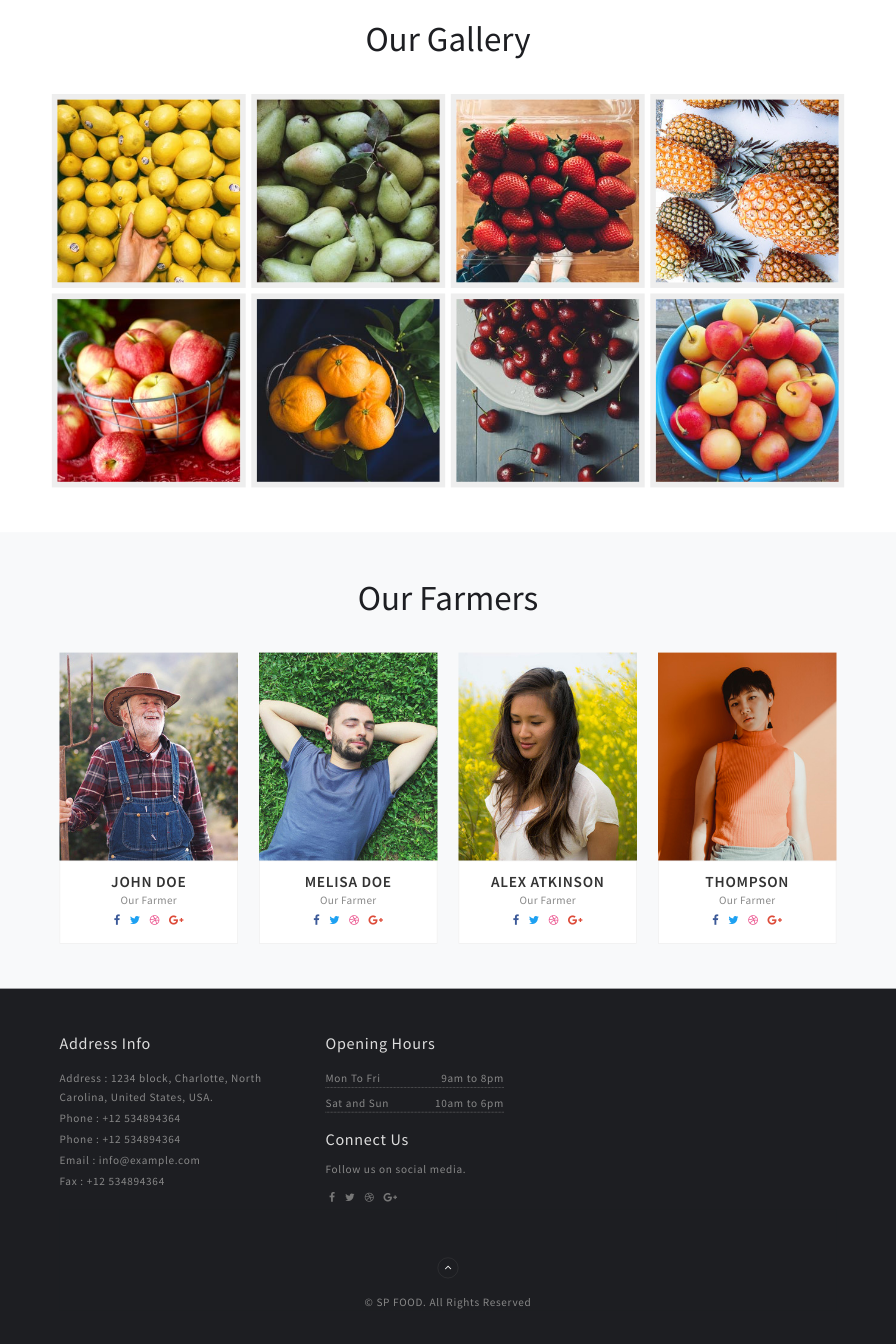
Repository: httpamit/SP-Food
Page: index.html
These files come from the project's save history. The page is drawn as it stood at one moment and after the next save; the edit follows.
The browser window is 1280 px wide. The pictures show the part of the page from y = 2846 to 4766 px (the page is 4766 px tall before and 4750 px after), at 70% of full size.
Backgrounds fixed to the window are drawn as part of the page.

Above is the page before, as saved 2019-02-07 23:19:49.

### index.html
<!DOCTYPE html>
<html lang="en">
<head>
<title>Fruit Farm Agriculture Category Flat Bootstrap Responsive Website Template | Home : W3layouts</title>

	<!-- Meta tag Keywords -->
	<meta name="viewport" content="width=device-width, initial-scale=1">
	<meta charset="utf-8">
	<meta name="keywords" content="Agriculture Responsive web template, Bootstrap Web Templates, Flat Web Templates, Android Compatible web template,
	Smartphone Compatible web template, free webdesigns for Nokia, Samsung, LG, SonyEricsson, Motorola web design" />
	<script type="application/x-javascript">
		addEventListener("load", function () {
			setTimeout(hideURLbar, 0);
		}, false);

		function hideURLbar() {
			window.scrollTo(0, 1);
		}
	</script>
	<!--// Meta tag Keywords -->

	<!-- css files -->
	<link rel="stylesheet" href="css/bootstrap.css"> <!-- Bootstrap-Core-CSS -->
	<link rel="stylesheet" href="css/style.css" type="text/css" media="all" /> <!-- Style-CSS -->
	<link rel="stylesheet" href="css/font-awesome.min.css"> <!-- Font-Awesome-Icons-CSS -->
	<!-- //css files -->

	<!--web font-->
	<link href="//fonts.googleapis.com/css?family=Source+Sans+Pro:200,200i,300,300i,400,400i,600,600i,700,700i,900,900i&amp;subset=cyrillic,cyrillic-ext,greek,greek-ext,latin-ext,vietnamese" rel="stylesheet">
	<!--//web font-->

</head>

<body>

<!-- header -->
<header>
	<div class="container" id="home">
		<nav class="">
			<div id="logo">
				<h1> <a href="index.html" class="editContent" data-selector=".editContent"><span class="fa fa-home"></span> SP FOOD</a></h1>
			</div>
			<div class="mx-auto">
				<ul class="menu mt-lg-4">
					<li class=" mr-lg-2 mr-1 active"><a href="#">Home</a></li>
					<li class=" mr-lg-2 mr-1"><a href="#about">About</a></li>
					<li class=" mr-lg-2 mr-1"><a href="#services">Services</a></li>
					<li class="dropdown-menu-padding">
					<!-- First Tier Drop Down -->
					<a href="#agricultural">Agricultural</a>
					</li>
					<li><a href="#gallery">Gallery</a></li>
					<li><a href="#contact">Contact</a></li>
					<li class="buttons ml-lg-3">
						<p><span class="fa mr-1 fa-phone"></span> +12 445 8976 2334</p>
					</li>
				</ul>
			</div>
		</nav>
	</div>
</header>
<!-- //header -->

<div class="csslider infinity" id="slider1">
  <input type="radio" name="slides" checked="checked" id="slides_1"/>
  <input type="radio" name="slides" id="slides_2"/>
  <input type="radio" name="slides" id="slides_3"/>
  <input type="radio" name="slides" id="slides_4"/>
  <ul>
    <li>
		<div id="bg">
			<div class="container">
				<div class="banner-text">
				  <h6> Fresh Agriculture Products</h6>
				  <h3> We Serve Fresh and Juicy Fruits From Our Farm</h3>
				</div>
			</div>
		</div>
    </li>
    <li>
        <div id="bg1">
			<div class="container">
				<div class="banner-text">
				  <h6> Fresh Agriculture Products</h6>
				  <h3> We Serve Fresh and Juicy Fruits From Our Farm</h3>
				</div>
			</div>
        </div>
    </li>
    <li>
		<div id="bg2">
			<div class="container">
				<div class="banner-text">
				  <h6> Fresh Agriculture Products</h6>
				  <h3> We Serve Fresh and Juicy Fruits From Our Farm</h3>
				</div>
			</div>
        </div>
    </li>
    <li>
		<div id="bg3">
			<div class="container">
				<div class="banner-text">
				  <h6> Fresh Agriculture Products</h6>
				  <h3> We Serve Fresh and Juicy Fruits From Our Farm</h3>
				</div>
			</div>
		</div>
    </li>

  </ul>
  <div class="arrows">
    <label for="slides_1"></label>
    <label for="slides_2"></label>
    <label for="slides_3"></label>
    <label for="slides_4"></label>
  </div>
  <div class="navigation">
    <div>
      <label for="slides_1"></label>
      <label for="slides_2"></label>
      <label for="slides_3"></label>
      <label for="slides_4"></label>
    </div>
  </div>
</div>

<!-- //banner -->

<!-- about -->
<section class="about py-5" id="about">
	<div class="container py-md-3">
		<h3 class="heading text-center mb-md-5 mb-4">Few Words About our farm</h3>
		<div class="row about-grids agile-info">
			<div class="col-lg-6 mb-lg-0   mb-5">
				<h4 class="mb-4">Welcome to our Organic Fruit - we serve all types of seasonal fruits</h3>
				<p class="mb-4">Cras blandit nibh ut pretium elementum. Duis bibendum convallis nun cael dictum. Quisquen ac ipsum porta, ultrices metus sit amet, curs in nisl. Dui aliquet varius sem sit amet convallis nun ca dictum. Cras blandit nibh ut pretium elementum. Duis bibendum convallis nun ca dictum aliquet.</p>
				<p class="text-capitalize"> <span class="fa fa-check"></span> Duis bibendum convallis blandit dictum.</p>
				<p class=" text-capitalize"> <span class="fa fa-check"></span> Cras blandit nibh blandit pretium dolor ipsum.</p>
				<p class="text-capitalize mb-3"> <span class="fa fa-check"></span> Bibendum convallis nun ca dictum elementum ipsum elit.</p>
				<a href="#popup1">Read More </a>
			</div>
			<div class="col-lg-6 col-md-8   pr-md-0">
				<img src="images/about.jpg" class="img-fluid" />
			</div>
		</div>
	</div>
</section>
<!-- //about -->

<!-- how we work -->
<section class="work">
	<div class="work-layer py-5">
	<div class="container py-md-3">
		<h3 class="heading text-center mb-lg-5 text-white mb-4">How We Work</h3>
		<div class="row text-center join agile-info">
			<div class="col-lg-4 col-md-6 steps-reach  ">
				<span class="fa fa-cogs"></span>
				<h4>Step 1</h4>
				<p>Pretium elementum. Duis bibendum convallis nun ca dictum convallis nun ca dictum. Cras blandit nibh ut aliquet varius sem sit amet convallis.</p>
			</div>
			<div class="col-lg-4 col-md-6 mt-md-0 mt-5 steps-reach  ">
				<span class="fa fa-cubes"></span>
				<h4>Step 2</h4>
				<p>Pretium elementum. Duis bibendum convallis nun ca dictum convallis nun ca dictum. Cras blandit nibh ut aliquet varius sem sit amet convallis.</p>
			</div>
			<div class="col-lg-4 col-md-6 mt-lg-0 mt-5 steps-reach  ">
				<span class="fa fa-cart-arrow-down" aria-hidden="true"></span>
				<h4>Step 3</h4>
				<p>Pretium elementum. Duis bibendum convallis nun ca dictum convallis nun ca dictum. Cras blandit nibh ut aliquet varius sem sit amet convallis.</p>
			</div>
		</div>
	</div>
	</div>
</section>
<!-- //how we work -->

<!-- services -->
<section class="services py-5" id="services">
	<div class="container py-md-5">
		<h3 class="heading text-center mb-lg-5 mb-4">Our Services</h3>
		<div class="row text-center join agile-info">
			<div class="col-lg-4 col-md-6 steps-reach service-box">
				<span class="fa fa-cogs"></span>
				<h4>Step 1</h4>
				<p>Pretium elementum. Duis bibendum convallis nun ca dictum convallis nun ca dictum. Cras blandit nibh ut aliquet varius sem sit amet convallis.</p>
			</div>
			<div class="col-lg-4 col-md-6 mt-md-0 mt-5 steps-reach service-box ">
				<span class="fa fa-cubes"></span>
				<h4>Step 2</h4>
				<p>Pretium elementum. Duis bibendum convallis nun ca dictum convallis nun ca dictum. Cras blandit nibh ut aliquet varius sem sit amet convallis.</p>
			</div>
			<div class="col-lg-4 col-md-6 mt-lg-0 mt-5 steps-reach service-box right-border ">
				<span class="fa fa-cart-arrow-down" aria-hidden="true"></span>
				<h4>Step 3</h4>
				<p>Pretium elementum. Duis bibendum convallis nun ca dictum convallis nun ca dictum. Cras blandit nibh ut aliquet varius sem sit amet convallis.</p>
			</div>
		</div>
	</div>
	</div>
</section>
<!-- //how we work -->

<!-- facts -->
<section class="service-bottom bg py-5" id="agricultural">
	<div class="container">
		<!-- Counter -->
		<div class="py-lg-5 py-3">
			<h3 class="heading text-center text-white mb-lg-5 mb-4">Agricultural Facts</h3>
			<div class="row ">
				<div class="col-md-3 text-center col-6 agileits_w3layouts_about_counter_left  ">
					<div class="counterinfo agile-info">
						<p class="counter">146</p>
						<h3>Business Growth</h3>
					</div>
				</div>
				<div class="col-md-3 text-center col-6 agileits_w3layouts_about_counter_left  ">
					<div class="counterinfo agile-info">
						<p class="counter">1500</p>
						<h3>Fruits Supplied</h3>
					</div>
				</div>
				<div class="col-md-3 text-center col-6 agileits_w3layouts_about_counter_left   mt-md-0 mt-4">
					<div class="counterinfo agile-info">
						<p class="counter">15+</p>
						<h3>Years Experience</h3>
					</div>
				</div>
				<div class="col-md-3 text-center col-6 agileits_w3layouts_about_counter_left   mt-md-0 mt-4">
					<div class="counterinfo agile-info">
						<p class="counter">150+</p>
						<h3>Agriculture Farmers</h3>
					</div>
				</div>
			</div>
		</div>
		<!-- //Counter -->
	</div>
</section>
<!-- //facts -->

<!-- gallery -->
<section class="gallery py-5" id="gallery">
	<div class="container py-3">
		<h3 class="heading text-center mb-lg-5 mb-4">Our Gallery</h3>
		<div class="row gallery_grid-more project-grids w3ls">
			<div class="col-lg-3 col-md-4 col-6 px-1 w3layoutsits_w3layouts_gallery_grid1">
				<div class="gallery-border">
					<a href="#popup2">
						<img src="images/g1.jpg" alt=" " class="img-fluid" />
					</a>
				</div>
			</div>
			<div class="col-lg-3 col-md-4 col-6 px-1 w3layoutsits_w3layouts_gallery_grid1">
				<div class="gallery-border">
					<a href="#popup3">
						<img src="images/g2.jpg" alt=" " class="img-fluid" />
					</a>
				</div>
			</div>
			<div class="col-lg-3 col-md-4 col-6 px-1 w3layoutsits_w3layouts_gallery_grid1 mt-md-0 mt-2">
				<div class="gallery-border">
					<a href="#popup4">
						<img src="images/g3.jpg" alt=" " class="img-fluid" />
					</a>
				</div>
			</div>
			<div class="col-lg-3 col-md-4 col-6 px-1 w3layoutsits_w3layouts_gallery_grid1 mt-lg-0 mt-2">
				<div class="gallery-border">
					<a href="#popup5">
						<img src="images/g4.jpg" alt=" " class="img-fluid" />
					</a>
				</div>
			</div>
			<div class="col-lg-3 col-md-4 col-6 px-1 w3layoutsits_w3layouts_gallery_grid1 mt-2 ">
				<div class="gallery-border">
					<a href="#popup6">
						<img src="images/g5.jpg" alt=" " class="img-fluid" />
					</a>
				</div>
			</div>
			<div class="col-lg-3 col-md-4 col-6 px-1 w3layoutsits_w3layouts_gallery_grid1 mt-2">
				<div class="gallery-border">
					<a href="#popup7">
						<img src="images/g6.jpg" alt=" " class="img-fluid" />
					</a>
				</div>
			</div>
			<div class="col-lg-3 col-md-4 col-6 px-1 w3layoutsits_w3layouts_gallery_grid1 mt-2">
				<div class="gallery-border">
					<a href="#popup8">
						<img src="images/g7.jpg" alt=" " class="img-fluid" />
					</a>
				</div>
			</div>
			<div class="col-lg-3 col-md-4 col-6 px-1 w3layoutsits_w3layouts_gallery_grid1 mt-2">
				<div class="gallery-border">
					<a href="#popup9">
						<img src="images/g8.jpg" alt=" " class="img-fluid" />
					</a>
				</div>
			</div>
		</div>
	</section>

<!-- popup for gallery -->
<div id="popup2" class="overlay">
	<div class="popup1">
		<img src="images/g1.jpg" alt="Popup Image" class="img-fluid" />
	<a class="close" href="#gallery">&times;</a>
	</div>
</div>

<div id="popup3" class="overlay">
	<div class="popup1">
		<img src="images/g2.jpg" alt="Popup Image" class="img-fluid" />
	<a class="close" href="#gallery">&times;</a>
	</div>
</div>

<div id="popup4" class="overlay">
	<div class="popup1">
		<img src="images/g3.jpg" alt="Popup Image" class="img-fluid" />
	<a class="close" href="#gallery">&times;</a>
	</div>
</div>

<div id="popup5" class="overlay">
	<div class="popup1">
		<img src="images/g4.jpg" alt="Popup Image" class="img-fluid" />
	<a class="close" href="#gallery">&times;</a>
	</div>
</div>

<div id="popup6" class="overlay">
	<div class="popup1">
		<img src="images/g5.jpg" alt="Popup Image" class="img-fluid" />
	<a class="close" href="#gallery">&times;</a>
	</div>
</div>

<div id="popup7" class="overlay">
	<div class="popup1">
		<img src="images/g6.jpg" alt="Popup Image" class="img-fluid" />
	<a class="close" href="#gallery">&times;</a>
	</div>
</div>
<div id="popup8" class="overlay">
	<div class="popup1">
		<img src="images/g7.jpg" alt="Popup Image" class="img-fluid" />
	<a class="close" href="#gallery">&times;</a>
	</div>
</div>
<div id="popup9" class="overlay">
	<div class="popup1">
		<img src="images/g8.jpg" alt="Popup Image" class="img-fluid" />
	<a class="close" href="#gallery">&times;</a>
	</div>
</div>
<!-- //popup for gallery -->

</div>
<!-- //gallery -->

<!-- team -->
<section class="team bg-light py-5" id="team">
	<div class="container py-md-3">
		<h3 class="heading text-center mb-lg-5 mb-4">Our Farmers</h3>
		<div class="row team-grids">
			<div class="col-lg-3 col-sm-6 mb-lg-0 mb-4 team-grid  ">
				<div class="team-members">
					<img src="images/t1.jpg" class="img-fluid" alt="image">
					<div class="team-desc py-3 text-center agile-info">
						<h4 class="">John Doe</h4>
						<span>Our Farmer</span>
						<ul class="social">
							<li><a href="#"><span class="fa fa-facebook icon_facebook"></span></a></li>
							<li><a href="#"><span class="fa fa-twitter icon_twitter"></span></a></li>
							<li><a href="#"><span class="fa fa-dribbble icon_dribbble"></span></a></li>
							<li><a href="#"><span class="fa fa-google-plus icon_g_plus"></span></a></li>
						</ul>
					</div>
				</div>
			</div>
			<div class="col-lg-3 col-sm-6 mb-lg-0 mb-4 team-grid  ">
				<div class="team-members">
					<img src="images/t2.jpg" class="img-fluid" alt="image">
					<div class="team-desc py-3 text-center agile-info">
						<h4 class="">Melisa Doe</h4>
						<span>Our Farmer</span>
						<ul class="social">
							<li><a href="#"><span class="fa fa-facebook icon_facebook"></span></a></li>
							<li><a href="#"><span class="fa fa-twitter icon_twitter"></span></a></li>
							<li><a href="#"><span class="fa fa-dribbble icon_dribbble"></span></a></li>
							<li><a href="#"><span class="fa fa-google-plus icon_g_plus"></span></a></li>
						</ul>
					</div>
				</div>
			</div>
			<div class="col-lg-3 col-sm-6 mb-sm-0 mb-4 team-grid  ">
				<div class="team-members">
					<img src="images/t3.jpg" class="img-fluid" alt="image">
					<div class="team-desc py-3 text-center agile-info">
						<h4 class="">Alex Atkinson</h4>
						<span>Our Farmer</span>
						<ul class="social">
							<li><a href="#"><span class="fa fa-facebook icon_facebook"></span></a></li>
							<li><a href="#"><span class="fa fa-twitter icon_twitter"></span></a></li>
							<li><a href="#"><span class="fa fa-dribbble icon_dribbble"></span></a></li>
							<li><a href="#"><span class="fa fa-google-plus icon_g_plus"></span></a></li>
						</ul>
					</div>
				</div>
			</div>
			<div class="col-lg-3 col-sm-6 team-grid  ">
				<div class="team-members">
					<img src="images/t4.jpg" class="img-fluid" alt="image">
					<div class="team-desc py-3 text-center agile-info">
						<h4 class="">Thompson</h4>
						<span>Our Farmer</span>
						<ul class="social">
							<li><a href="#"><span class="fa fa-facebook icon_facebook"></span></a></li>
							<li><a href="#"><span class="fa fa-twitter icon_twitter"></span></a></li>
							<li><a href="#"><span class="fa fa-dribbble icon_dribbble"></span></a></li>
							<li><a href="#"><span class="fa fa-google-plus icon_g_plus"></span></a></li>
						</ul>
					</div>
				</div>
			</div>
		</div>
	</div>
</section>
<!-- //team -->

<!-- footer -->
<footer class="py-5" id="contact">
	<div class="container pt-md-3">
		<div class="row ">
		<div class="col-lg-4 col-md-6">
            <h3 class="mb-4">Address Info</h3>
			<div class="footer-text">
				<p>Address : 1234 block, Charlotte, North Carolina, United States, USA.</p>
				<p class="mt-1">Phone : +12 534894364</p>
				<p class="mt-1">Phone : +12 534894364</p>
				<p class="my-1">Email : <a href="mailto:info@example.com">info@example.com</a></p>
				<p>Fax : +12 534894364</p>
			</div>
		</div>
		<div class="col-lg-3 col-md-6 mt-md-0 mt-5">
            <h3 class="mb-4">Opening Hours</h3>
			<div class="timings">
				<p class="mb-2">Mon To Fri<span> 9am to 8pm </span></p>
				<p class="">Sat and Sun<span> 10am to 6pm </span></p>
			</div>
            <h3 class="mt-4">Connect Us</h3>
			<p class="mt-3">Follow us on social media.</p>
			<ul class="social mt-2">
				<li><a href="#"><span class="fa fa-facebook icon_facebook"></span></a></li>
				<li><a href="#"><span class="fa fa-twitter icon_twitter"></span></a></li>
				<li><a href="#"><span class="fa fa-dribbble icon_dribbble"></span></a></li>
				<li><a href="#"><span class="fa fa-google-plus icon_g_plus"></span></a></li>
			</ul>
		</div>
	</div>
	<div class="copyright pt-sm-5 pt-4 text-center">
		<a href="#home" class="move-top scroll"><span class="fa fa-angle-up" aria-hidden="true"></span></a>
		<p>© SP FOOD. All Rights Reserved</p>
	</div>
</footer>
<!-- footer -->

<!-- popup for btn -->
<div id="popup1" class="overlay">
	<div class="popup">
		<img src="images/about.jpg" alt="Popup Image" class="img-fluid" />
		<p class="mt-4 editContent">Nulla viverra pharetra se, eget pulvinar neque pharetra ac int. placerat placerat dolor. Vestibulum at dui nunc. Nulla viverra pharetra sem, eget pulvinar neque pharetra ac int. lorem ipsum Vestibulum. placerat placerat dolor. Vestibulum at dui nunc. Nullam eu elit neque lectus.</p>
	<a class="close" href="#about">&times;</a>
	</div>
</div>
<!-- //popup for btn -->

</body>
</html>

Loaded but not shown: css/bootstrap.css (library); css/font-awesome.min.css (library); css/style.css (1492 lines, source omitted)

After the next save:
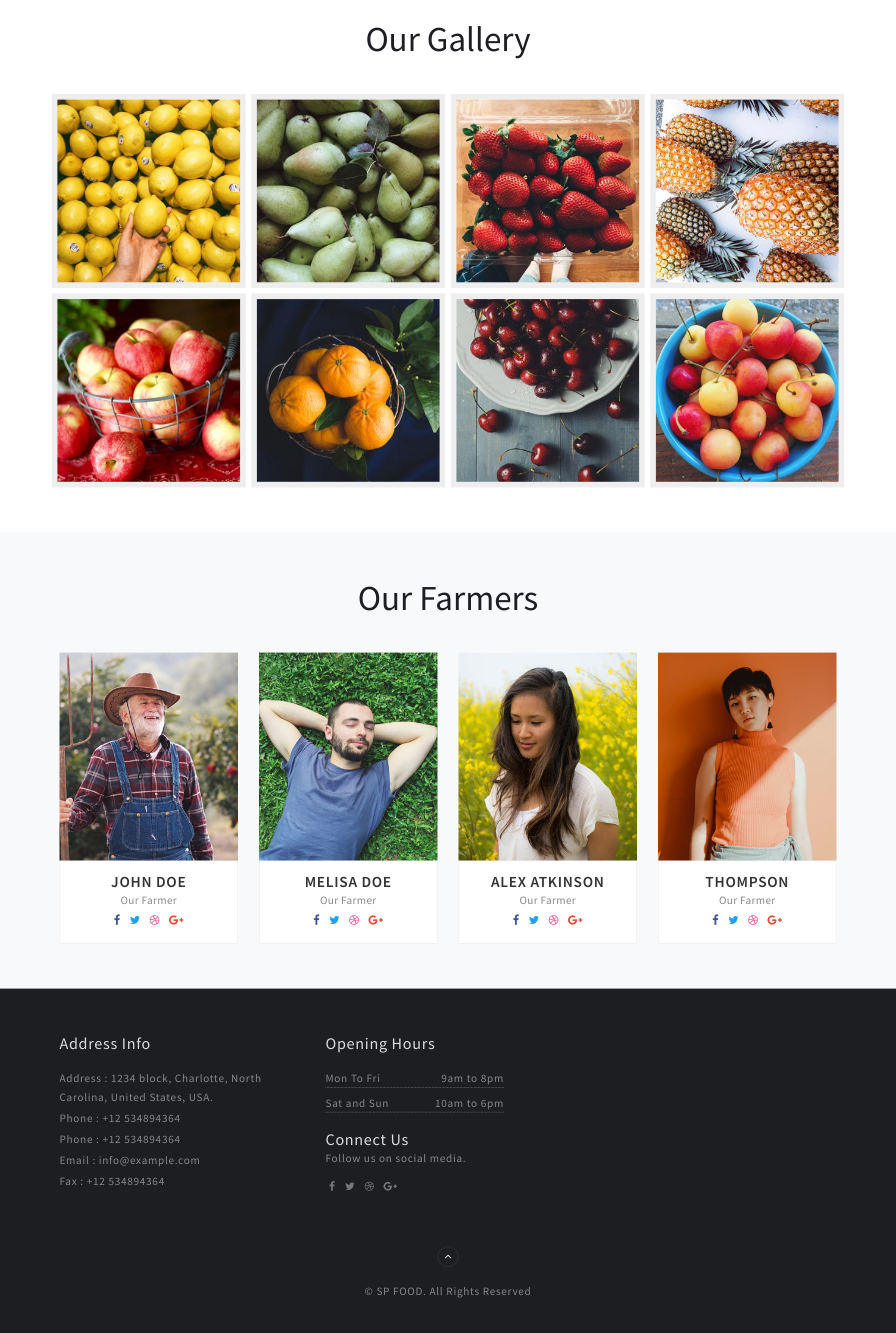
Saved 20 s later.
--- a/index.html
+++ b/index.html
@@ -453,7 +453,7 @@
 				<p class="">Sat and Sun<span> 10am to 6pm </span></p>
 			</div>
             <h3 class="mt-4">Connect Us</h3>
-			<p class="mt-3">Follow us on social media.</p>
+			<p class="mt-6">Follow us on social media.</p>
 			<ul class="social mt-2">
 				<li><a href="#"><span class="fa fa-facebook icon_facebook"></span></a></li>
 				<li><a href="#"><span class="fa fa-twitter icon_twitter"></span></a></li>
